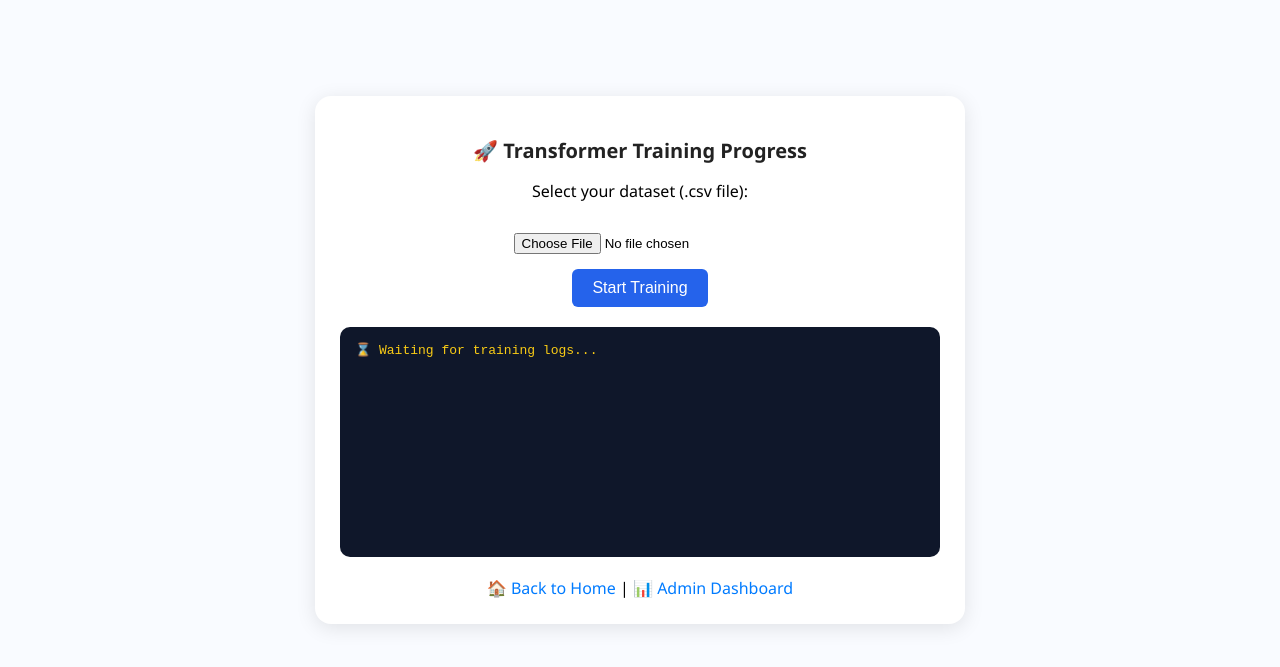
Repository: Udhaya143/Cyberbullying_FullSetup
Page: templates/train_transformer.html
An editor plug-in stored every save of this project. The page is shown before and after the next save, followed by the edit.
The browser window is 1280 px wide. The pictures show the whole page.

Above is the page before, as saved 2025-11-08 17:52:03.

After the next save:
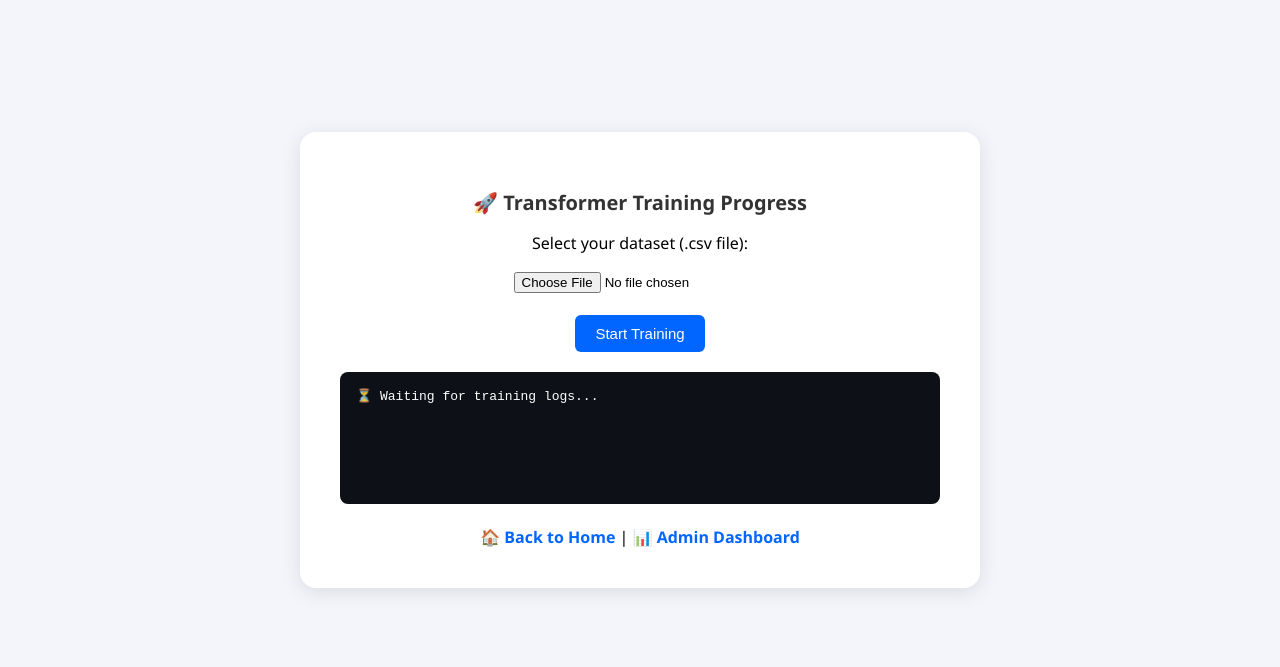
Saved 2 min 7 s later.
--- a/templates/train_transformer.html
+++ b/templates/train_transformer.html
@@ -1,64 +1,110 @@
 <!DOCTYPE html>
 <html lang="en">
 <head>
-  <meta charset="UTF-8">
-  <title>🚀 Transformer Training Progress</title>
-  <link rel="stylesheet" href="/static/style.css">
-  <style>
-    body { background-color: #f9fbff; font-family: 'Segoe UI', sans-serif; }
-    .container { max-width: 600px; margin: 60px auto; background: #fff; border-radius: 16px; box-shadow: 0 4px 20px rgba(0,0,0,0.1); padding: 25px; text-align: center; }
-    h2 { color: #222; margin-bottom: 15px; }
-    input[type="file"] { margin: 15px 0; }
-    button { background: #2563eb; color: #fff; border: none; padding: 10px 20px; border-radius: 6px; cursor: pointer; font-size: 16px; }
-    button:hover { background: #1e40af; }
-    .logs { margin-top: 20px; padding: 15px; background: #0f172a; color: #facc15; border-radius: 10px; text-align: left; font-family: monospace; height: 200px; overflow-y: auto; white-space: pre-wrap; }
-    .back-links { margin-top: 20px; }
-  </style>
+    <meta charset="UTF-8">
+    <title>🚀 Transformer Training Progress</title>
+    <link rel="stylesheet" href="/static/style.css">
+    <style>
+        body {
+            background-color: #f3f5fa;
+            font-family: 'Segoe UI', sans-serif;
+        }
+        .container {
+            max-width: 600px;
+            background: white;
+            padding: 40px;
+            margin: 60px auto;
+            border-radius: 16px;
+            box-shadow: 0 4px 20px rgba(0,0,0,0.1);
+            text-align: center;
+        }
+        h2 {
+            color: #333;
+        }
+        .log-box {
+            background: #0d1117;
+            color: #fff;
+            padding: 16px;
+            text-align: left;
+            font-family: monospace;
+            border-radius: 8px;
+            margin-top: 20px;
+            min-height: 100px;
+        }
+        .btn {
+            background-color: #0066ff;
+            color: white;
+            padding: 10px 20px;
+            border: none;
+            border-radius: 6px;
+            cursor: pointer;
+        }
+        .btn:hover {
+            background-color: #004ecc;
+        }
+        a {
+            text-decoration: none;
+            color: #0066ff;
+            font-weight: bold;
+        }
+    </style>
 </head>
 <body>
-  <div class="container">
-    <h2>🚀 Transformer Training Progress</h2>
-    <p>Select your dataset (.csv file):</p>
-    <input type="file" id="csvFile" accept=".csv">
-    <br>
-    <button id="startBtn">Start Training</button>
+    <div class="container">
+        <h2>🚀 Transformer Training Progress</h2>
+        <p>Select your dataset (.csv file):</p>
+        <input type="file" id="fileInput" accept=".csv"><br><br>
+        <button class="btn" id="uploadBtn">Start Training</button>
 
-    <div class="logs" id="logBox">⌛ Waiting for training logs...</div>
+        <div class="log-box" id="logBox">
+            ⏳ Waiting for training logs...
+        </div>
 
-    <div class="back-links">
-      <a href="/">🏠 Back to Home</a> | <a href="/dashboard">📊 Admin Dashboard</a>
+        <br>
+        <a href="/">🏠 Back to Home</a> |
+        <a href="/dashboard">📊 Admin Dashboard</a>
     </div>
-  </div>
 
-  <script>
-    const startBtn = document.getElementById('startBtn');
-    const fileInput = document.getElementById('csvFile');
-    const logBox = document.getElementById('logBox');
+    <script>
+        const uploadBtn = document.getElementById("uploadBtn");
+        const fileInput = document.getElementById("fileInput");
+        const logBox = document.getElementById("logBox");
 
-    startBtn.addEventListener('click', async () => {
-      if (!fileInput.files.length) {
-        alert("Please choose a CSV file first!");
-        return;
-      }
-      const formData = new FormData();
-      formData.append("file", fileInput.files[0]);
+        uploadBtn.addEventListener("click", async () => {
+            const file = fileInput.files[0];
+            if (!file) {
+                alert("Please choose a CSV file first!");
+                return;
+            }
 
-      logBox.textContent = "🚀 Uploading and starting training...\n";
+            logBox.innerHTML = "🚀 Uploading and starting training...";
 
-      try {
-        const res = await fetch("/upload_train", { method: "POST", body: formData });
-        const data = await res.json();
-        if (data.status === "success") {
-          logBox.textContent += "✅ Training started! Now streaming logs...\n";
-          const evtSource = new EventSource("/train_logs");
-          evtSource.onmessage = e => logBox.textContent += e.data + "\n";
-        } else {
-          logBox.textContent += "❌ Upload failed: " + (data.message || "unknown") + "\n";
-        }
-      } catch (err) {
-        logBox.textContent += "❌ Error: " + err + "\n";
-      }
-    });
-  </script>
+            const formData = new FormData();
+            formData.append("file", file);
+
+            try {
+                const res = await fetch("/upload_train", { method: "POST", body: formData });
+                const data = await res.json();
+                logBox.innerHTML = "📡 " + data.message;
+            } catch (err) {
+                logBox.innerHTML = "❌ Upload failed: " + err;
+            }
+
+            // Stream logs after upload
+            setTimeout(async () => {
+                const response = await fetch("/train_logs");
+                const reader = response.body.getReader();
+                const decoder = new TextDecoder();
+                logBox.innerHTML = "";
+
+                while (true) {
+                    const { done, value } = await reader.read();
+                    if (done) break;
+                    logBox.innerHTML += decoder.decode(value);
+                    logBox.scrollTop = logBox.scrollHeight;
+                }
+            }, 3000);
+        });
+    </script>
 </body>
 </html>
